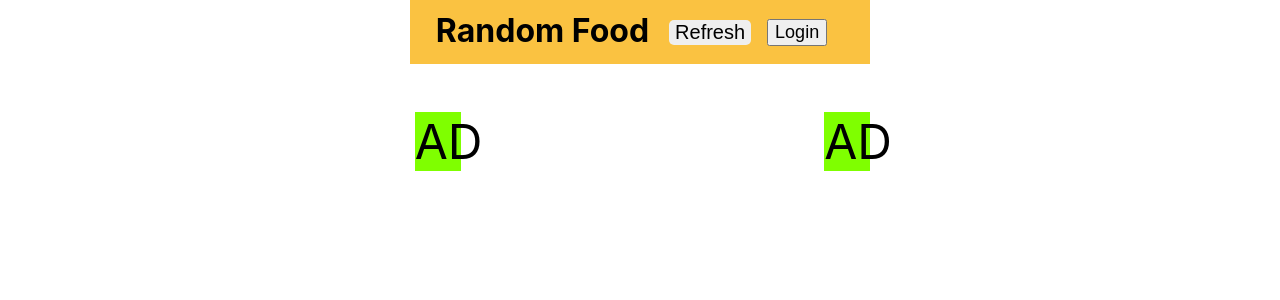
Repository: limjoohyun2030/random-food
Page: /random-food/home
These files come from the project's save history. The page is drawn as it stood at one moment and after the next save; the edit follows.
The browser window is 1280 px wide. The pictures show the whole page.
The page's requests for data from a server got no answer. The project was rebuilt for these pictures with package versions that can differ from the ones it lists, and the page was loaded fresh each time. A package was used in the major version that the imports need, not the one package.json lists. No one was signed in, and anything a server would have sent is missing. Also part of the build but not shown: src/components/food_detail/food_detail.module.css, src/components/food_detail/food_detail.jsx, src/components/food_item/food_item.module.css, src/components/food_item/food_item.jsx, src/components/login/login.module.css, src/components/login/login.jsx.

Above is the page before, as saved 2021-11-11 17:13:15.

### public/index.html
<!DOCTYPE html>
<html lang="en">
  <head>
    <meta charset="utf-8" />
    <link rel="icon" href="/images/foodIcon.ico" />
    <meta name="viewport" content="width=device-width, initial-scale=1" />
    <meta name="theme-color" content="#000000" />
    <meta
      name="description"
      content="Web site created using create-react-app"
    />

    <title>Random Food</title>
  </head>
  <body>
    <noscript>You need to enable JavaScript to run this app.</noscript>
    <div id="root"></div>
  </body>
</html>

### src/index.js
import React from "react";
import ReactDOM from "react-dom";
import "./index.css";
import App from "./app";
import AuthService from "./service/auth_service";

const authService = new AuthService();

ReactDOM.render(
  <React.StrictMode>
    <App authService={authService} />
  </React.StrictMode>,
  document.getElementById("root")
);

### src/index.css
body {
  margin: 0;
  padding: 0;
  font-family: -apple-system, BlinkMacSystemFont, "Segoe UI", "Roboto", "Oxygen",
    "Ubuntu", "Cantarell", "Fira Sans", "Droid Sans", "Helvetica Neue",
    sans-serif;
  -webkit-font-smoothing: antialiased;
  -moz-osx-font-smoothing: grayscale;
}

code {
  font-family: source-code-pro, Menlo, Monaco, Consolas, "Courier New",
    monospace;
}

* {
  box-sizing: border-box;
}

#root {
  display: flex;
  justify-content: center;
}

### src/app.jsx
import { useEffect, useState, useRef } from "react";
import { BrowserRouter, Route, Switch } from "react-router-dom";
import styles from "./app.module.css";
import FoodDetail from "./components/food_detail/food_detail";
import FoodList from "./components/food_list/food_list";
import Header from "./components/header/header";
import Login from "./components/login/login";


function App({ authService }) {
  const ref = useRef();
  const [foods, setFoods] = useState([]);
  const [isSelectedFood, setIsSelectedFood] = useState();
  const [isFoodOpen, setIsFoodOpen] = useState(false);
  const [isRefresh, setIsRefresh] = useState(false);

  const selectFood = (food) => {
    setIsSelectedFood(food);
  };

  const onRefreshClick = () => {
    setIsRefresh((oldstate) => !oldstate);
  };

  useEffect(() => {
    const myHeaders = new Headers();
    myHeaders.append("Content-Type", "application/json");

    const requestOptions = {
      method: "GET",
      headers: myHeaders,
      redirect: "follow",
    };

    fetch(
      "https://api.spoonacular.com/recipes/random?number=4&apiKey=92cedfb0b9e844679738e6c6c90cd453",
      requestOptions
    )
      .then((response) => response.json())
      .then((result) => setFoods(result.recipes))
      .catch((error) => console.log("error", error));
  }, [isRefresh]);

  useEffect(() => {
    const checkIfClickedOutside = (e) => {
      if (isFoodOpen && ref.current && !ref.current.contains(e.target)) {
        setIsFoodOpen(false);
      }
    };

    document.addEventListener("mousedown", checkIfClickedOutside);

    return () => {
      document.removeEventListener("mousedown", checkIfClickedOutside);
    };
  }, [isFoodOpen]);

  return (
    <div className={styles.app}>
      <BrowserRouter>
        <Switch>
          <Route
            exact
            path="/random-food/"
            render={() => <Login authService={authService} />}
          />

          <Route
            path="/random-food/home"
            render={() => (
              <div>
                <Header onRefreshClick={onRefreshClick} />
                <section>
                  <div className={styles.detail}>
                    {isFoodOpen && <FoodDetail food={isSelectedFood} />}
                  </div>

                  <div
                    className={styles.list}
                    onClick={() => setIsFoodOpen((oldstate) => !oldstate)}
                  >
                    <FoodList
                      foods={foods}
                      onFoodClick={selectFood}
                      ref={ref}
                    />
                  </div>
                </section>
              </div>
            )}
          />
          <Route path="*">
            <h2>Page Not Found</h2>
          </Route>
        </Switch>
      </BrowserRouter>
    </div>
  );
}

export default App;

### src/service/auth_service.js
import firebase from "firebase";
import firebaseApp from "./firebase";

class AuthService {
  login() {
    const authProvider = new firebase.auth.GoogleAuthProvider();
    return firebaseApp.auth().signInWithPopup(authProvider);
  }
}

export default AuthService;

### src/app.module.css
/* @value makerLightOrange from './common/colors.css'; */

.app {
  max-width: 100rem;
  /* background-image: url("https://image.freepik.com/free-photo/spaghetti-with-spicy-mixed-seafood-dark-background_1150-45297.jpg"); */
  background-repeat: no-repeat;
  background-size: 100vw 100vh;
}

.content {
  position: relative;
}

.detail {
  z-index: 2;
  /* margin: auto 0; */
  margin-top: 1em;
  height: 520px;
  width: auto;
  position: absolute;
  background-color: #dfe08e;
}

.list {
  /* visibility: hidden; */
  z-index: 1;
}

### src/components/food_list/food_list.jsx
import React from "react";
import FoodItem from "../food_item/food_item";
import styles from "./food_list.module.css";

const FoodList = React.forwardRef(({ foods, onFoodClick }, ref) => {
  return (
    <section className={styles.foodBox}>
      <div className={styles.sidebarLeft}>AD</div>
      <ul className={styles.foods}>
        {foods &&
          foods.map((food) => (
            <FoodItem
              key={food.id}
              food={food}
              onFoodClick={onFoodClick}
              ref={ref}
            />
          ))}
      </ul>
      <div className={styles.sidebarRight}>AD</div>
    </section>
  );
});

export default FoodList;

### src/components/header/header.jsx
import styles from "./header.module.css";
import React from "react";

const Header = ({ onRefreshClick }) => {
  return (
    <header className={styles.header}>
      <div className={styles.leftbox}>
        {/* <img
          className={styles.foodIcon}
          src="https://github.com/Sweetpotatopizza/random-food/blob/main/public/images/reloadIcon.png"
          alt="logo"
        /> */}
        <h1 className={styles.title}>Random Food</h1>
        <button className={styles.reloadBox} onClick={onRefreshClick}>
          Refresh
          {/* <img
            className={styles.reloadBtn}
            src="/images/reload.png"
            alt="reload"
          /> */}
        </button>
      </div>
      {/* fontawesome needed */}
      <div className={styles.rightbox}>
        {/* <button className={styles.like}>Like</button> */}
        <button className={styles.login}>Login</button>
      </div>
    </header>
  );
};

export default Header;

### src/service/firebase.js
// Import the functions you need from the SDKs you need
// import { initializeApp } from "firebase/app";
import firebase from "firebase";

// TODO: Add SDKs for Firebase products that you want to use
// https://firebase.google.com/docs/web/setup#available-libraries

// Your web app's Firebase configuration
// For Firebase JS SDK v7.20.0 and later, measurementId is optional
const firebaseConfig = {
  apiKey: process.env.REACT_APP_FIREBASE_API_KEY,
  authDomain: process.env.REACT_APP_FIREBASE_AUTH_DOMAIN,
  databaseURL: process.env.REACT_APP_FIREBASE_DB_URL,
  projectId: process.env.REACT_APP_FIREBASE_PROJECT_ID,
  appId: process.env.REACT_APP_FIREBASE_APP_ID,
};

// console.log(process.env.REACT_APP_FIREBASE_API_KEY);
// Initialize Firebase
const firebaseApp = firebase.initializeApp(firebaseConfig);
export default firebaseApp;

### src/components/food_list/food_list.module.css
.foodBox {
  display: flex;
}

.foods {
  display: flex;
  flex-wrap: wrap;
  list-style: none;
  justify-content: center;
  align-items: center;
  width: 80%;
  margin: 0 auto;
  padding: 0;
}

.sidebarLeft {
  margin-top: 1em;
  margin-left: 0.1em;
  background-color: chartreuse;
  font-size: 3em;
  width: 10%;
  cursor: pointer;
  position: relative;
}

.sidebarLeft::after {
  position: absolute;
  z-index: 2;
}

.sidebarRight {
  margin-top: 1em;
  margin-left: 0.1em;
  background-color: chartreuse;
  font-size: 3em;
  width: 10%;
  cursor: pointer;
  position: relative;
}

.sidebarRight::after {
  position: absolute;
  z-index: 2;
}

@media screen and (max-width: 769px) {
  .foods {
    flex-direction: column;
    flex-wrap: nowrap;
    width: 100%;
  }
}

### src/components/header/header.module.css
/* @value makerOrange from '../../common/colors.css'; */

.header {
  display: flex;
  height: 4rem;
  padding: 0.8em 1em;
  background-color: #fac241;
  align-items: center;
  justify-content: space-between;
}

.leftbox {
  display: flex;
  align-items: center;
  margin-right: 1em;
}

.title {
  margin-top: 19px;
  margin-left: 10px;
}

.foodIcon {
  width: 50px;
  height: 50px;
}

.reloadBox {
  font-size: 20px;
  border-radius: 5px;
  border: none;
  margin-left: 1em;
  transition: transform 200ms ease-in-out;
}

.reloadBox:hover {
  cursor: pointer;
  transform: scale(1.07);
}

.reloadBtn {
  width: 40px;
  height: 40px;
}

.reloadBtn:hover {
  cursor: pointer;
  animation-name: spin;
  animation-duration: 2000ms;
  animation-iteration-count: infinite;
  animation-timing-function: linear;
}

@keyframes spin {
  from {
    transform: rotate(0deg);
  }
  to {
    transform: rotate(360deg);
  }
}

.like {
  margin-right: 1.5em;
  font-size: large;
  cursor: pointer;
  transition: transform 200ms ease-in-out;
}

.like:hover {
  transform: scale(1.07);
}

.login {
  margin-right: 1.5em;
  font-size: large;
  cursor: pointer;
}

After the next save:
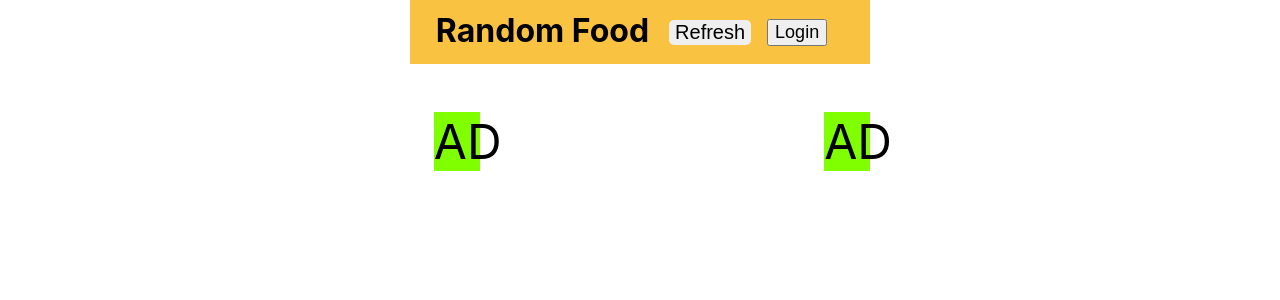
Saved 4 s later.
--- a/src/components/food_list/food_list.module.css
+++ b/src/components/food_list/food_list.module.css
@@ -15,7 +15,7 @@
 
 .sidebarLeft {
   margin-top: 1em;
-  margin-left: 0.1em;
+  margin-left: 0.5em;
   background-color: chartreuse;
   font-size: 3em;
   width: 10%;
@@ -30,7 +30,7 @@
 
 .sidebarRight {
   margin-top: 1em;
-  margin-left: 0.1em;
+  margin-left: 0.5em;
   background-color: chartreuse;
   font-size: 3em;
   width: 10%;
